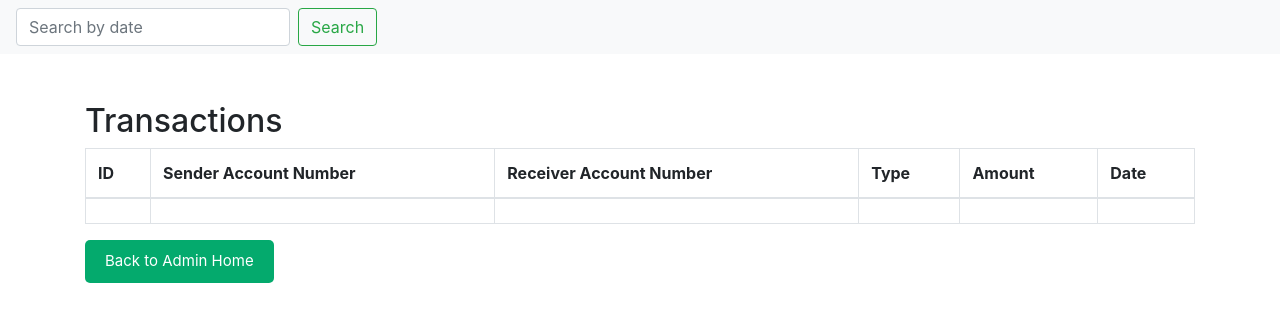
Repository: SuyashAwasthy/Javaee
Page: http://localhost/13-bank-application-mvc/viewTransaction.jsp
The author's editor kept a copy of each file at every save. The page is drawn from the files as they stood at one save, then again after the next save.
The browser window is 1280 px wide. The pictures show the whole page.
The page is served by Tomcat 9. The template is opened directly, without the code that normally fills it, so the values that code supplies are empty.

Above is the page before, as saved 2024-07-22 09:15:28.

After the next save:
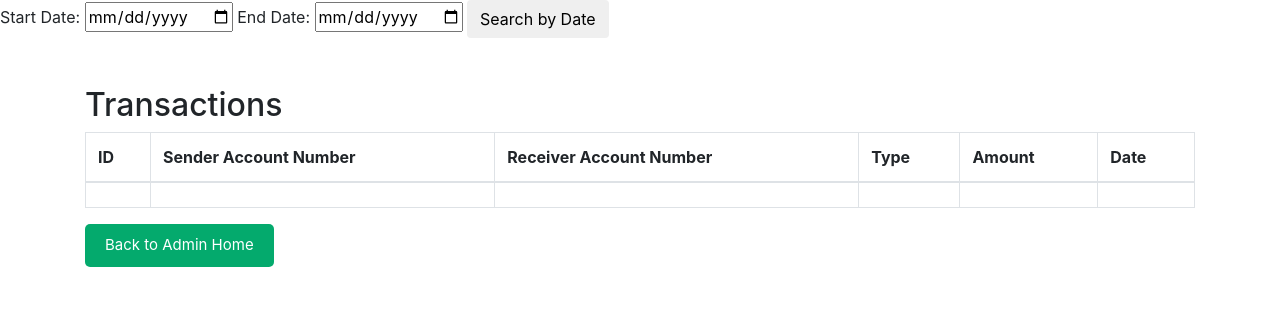
Saved 104 s later.
--- a/13-bank-application-mvc/WebContent/viewTransaction.jsp
+++ b/13-bank-application-mvc/WebContent/viewTransaction.jsp
@@ -10,17 +10,15 @@
 	href="https://maxcdn.bootstrapcdn.com/bootstrap/4.0.0/css/bootstrap.min.css">
 </head>
 <body>
-	<div class="margin-5">
-		<nav class="navbar navbar-light bg-light justify-content-between">
-			<form class="form-inline" action="admin" method="get">
-				<input name="command" value="search" type="hidden" />
-				<input class="form-control mr-sm-2" type="search"
-					placeholder="Search by date" aria-label="Search"
-					name="date" />
-				<button class="btn btn-outline-success my-2 my-sm-0" type="submit">Search</button>
-			</form>
-		</nav>
-	</div>
+	<form action="searchTransactionsByDate" method="get" class="date-form">
+            <label for="startDate">Start Date:</label>
+            <input type="date" id="startDate" name="startDate" required>
+
+            <label for="endDate">End Date:</label>
+            <input type="date" id="endDate" name="endDate" required>
+
+            <button type="submit" class="btn">Search by Date</button>
+        </form>
 
 	<div class="container">
 		<h2 class="mt-5">Transactions</h2>
